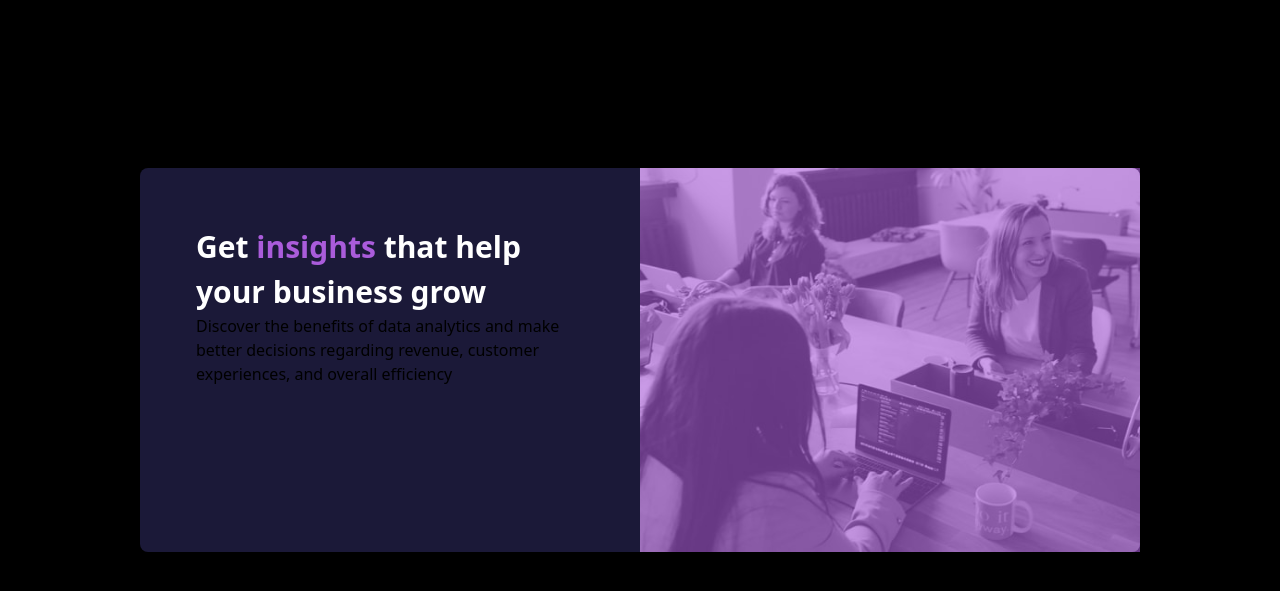
Repository: BerlinWebDev/FrontendMaster_PreviewMentor
Page: /
These files come from the project's save history. The page is drawn as it stood at one moment and after the next save; the edit follows.
The browser window is 1280 px wide. The pictures show the whole page.
The project was rebuilt for these pictures with package versions that can differ from the ones it lists, and the page was loaded fresh each time.

Above is the page before, as saved 2023-11-11 19:25:52.

### src/App.js
import Image from "./assets/image-header-desktop.jpg";

function App() {
  return (
    <>
      <header>
        <title>Challenge</title>
        <meta name="description" content="Challenge" />
        <link rel="icon" href="/favicon.ico" />
      </header>
      <main className="flex min-h-screen flex-col items-center justify-center bg-black">
        <div className="flex h-96 w-[1000px] rounded-lg bg-[#1b1938]">
          <aside className="w-1/2  rounded-l-lg">
            <div className="p-14">
              <div className="text-[30px] text-white font-bold">
                Get <span className="text-[#aa5cdb]">insights</span> that help
                <br />
                your business grow
              </div>
              <div>
                <p>
                  Discover the benefits of data analytics and make better
                  decisions regarding revenue, customer experiences, and overall
                  efficiency
                </p>
              </div>
            </div>
          </aside>
          <aside className="w-1/2  rounded-lg relative">
            <div className="absolute inset-0 bg-[#aa5cdb] opacity-60"></div>
            <img
              className=" h-full w-full rounded-r-lg"
              src={Image}
              alt="Header-Desktop"
            />
          </aside>
        </div>
      </main>
    </>
  );
}

export default App;

Loaded but not shown: public/index.html (common file); src/index.js (common file); src/index.css (common file); tailwind.config.js (common file)

After the next save:
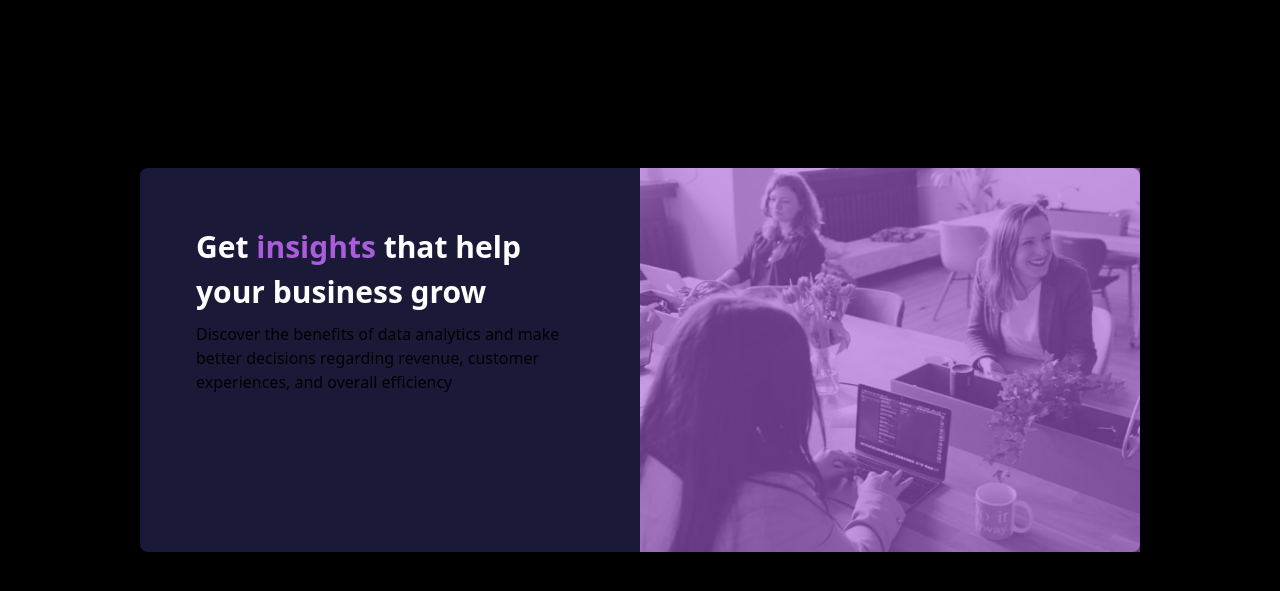
Saved 11 s later.
--- a/src/App.js
+++ b/src/App.js
@@ -17,7 +17,7 @@ function App() {
                 <br />
                 your business grow
               </div>
-              <div>
+              <div className="mt-2">
                 <p>
                   Discover the benefits of data analytics and make better
                   decisions regarding revenue, customer experiences, and overall
